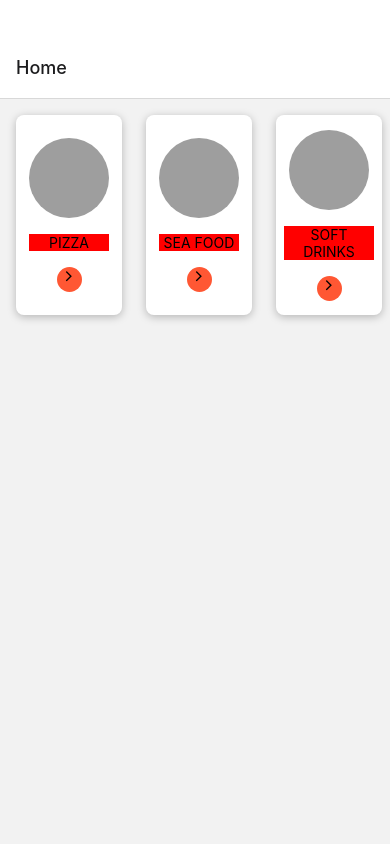
Repository: Esraa22M/ReactNative
Screen: /
The author's editor kept a copy of each file at every save. The screen is drawn from the files as they stood at one save, then again after the next save.
Pictures or frames that could not be fetched are drawn as grey boxes. The app was drawn by React Native's web renderer in a window 390 px wide. The project was rebuilt for these pictures with package versions that can differ from the ones it lists, and the page was loaded fresh each time. Also part of the build but not shown: src/components/header/header.component.js, src/colors/front-screen-colors/user-auth-colors.js, src/components/header/header.styles.js, src/components/textInput/textInput.styles.js, src/components/textInput/textInput.components.jsx, src/components/singup-form-body/singup-form-body.components.js, src/screens/front-screen/Singup/singup-screen.screens.jsx, src/authentication/api/login-info.js and 2 more.

Above is the screen before, as saved 2023-09-21 02:38:13.

After the next save:
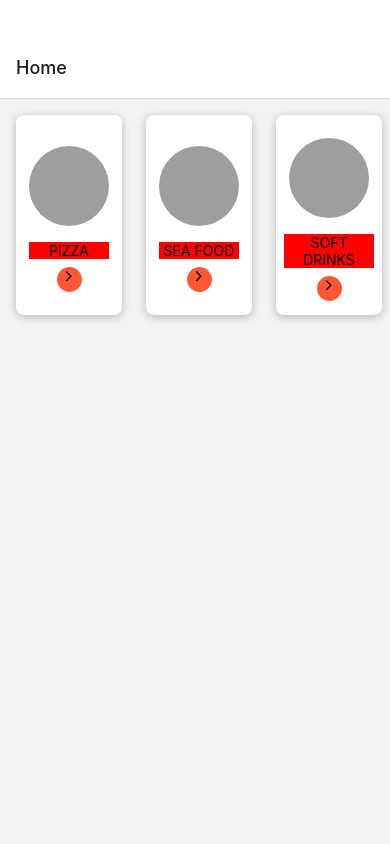
Saved 26 s later.
--- a/src/components/categories/category-item.components.js
+++ b/src/components/categories/category-item.components.js
@@ -56,7 +56,6 @@ const styles = StyleSheet.create({
     width: 25,
     height: 25,
     borderRadius: 25 / 2,
-    margin: 8,
   },
   iconContainer: {
     justifyContent: "center",
